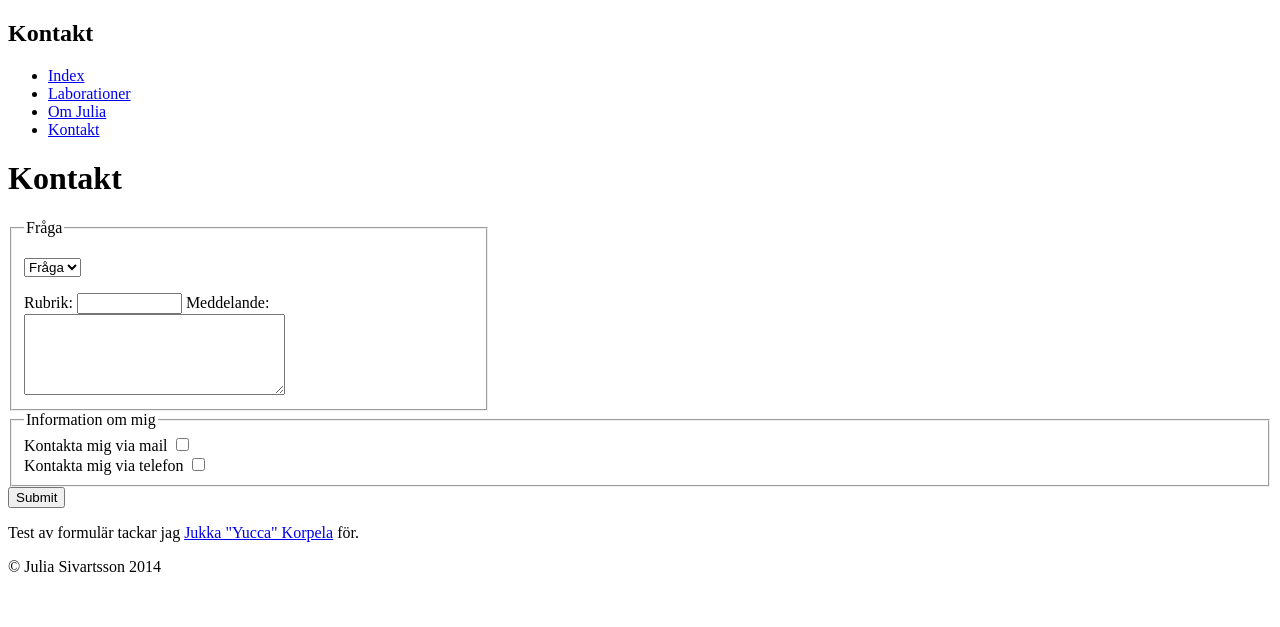
Repository: JuliaSivartsson/1ik415-jsigc09-laborationer
Page: pages/kontakt.html
The author's editor kept a record of every edit. The page is drawn from the files as they stood at one moment, then again after the next edit.
The browser window is 1280 px wide. The pictures show the whole page.

Above is the page before.

After the next edit:
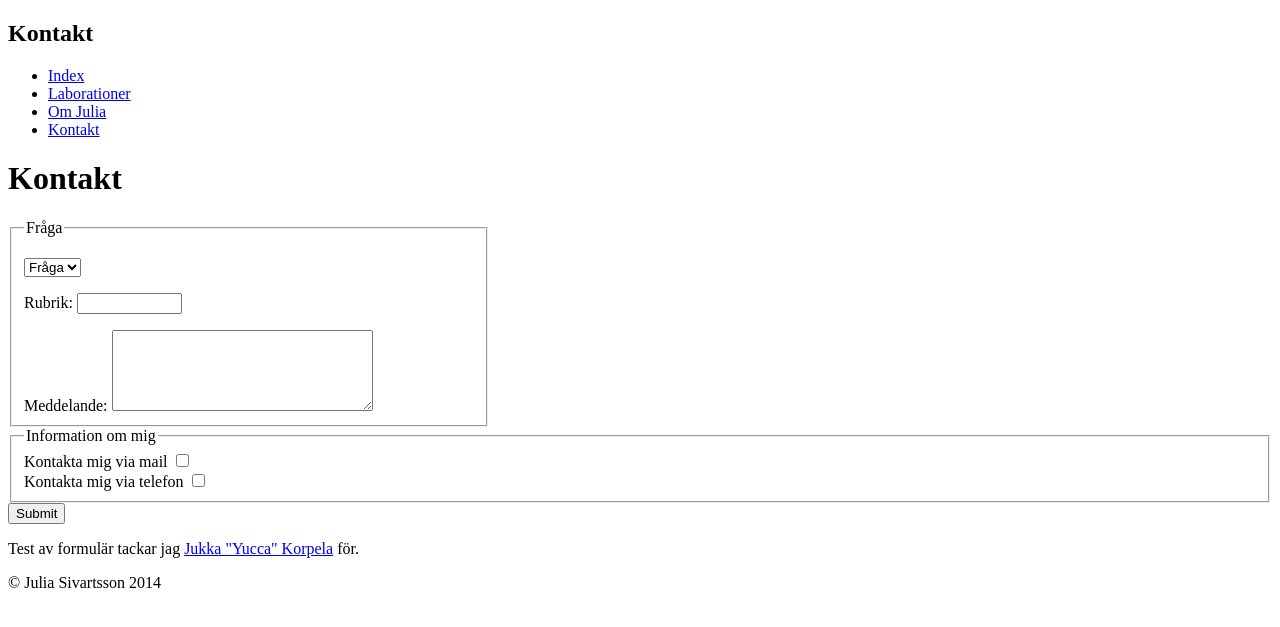
The edit:
--- a/pages/kontakt.html
+++ b/pages/kontakt.html
@@ -31,8 +31,8 @@
             <option value="kritik"> Kritik </option>
         </select></p>
 
-        <label for="rubrik">Rubrik:</label>
-        <input type="text" name="rubrik" id="rubrik" size="10" />
+        <p><label for="rubrik">Rubrik:</label>
+        <input type="text" name="rubrik" id="rubrik" size="10" /></p>
 
         <label for="meddelande">Meddelande:</label>
         <textarea name="meddelande" id="meddelande" cols="30" rows="5"></textarea>
